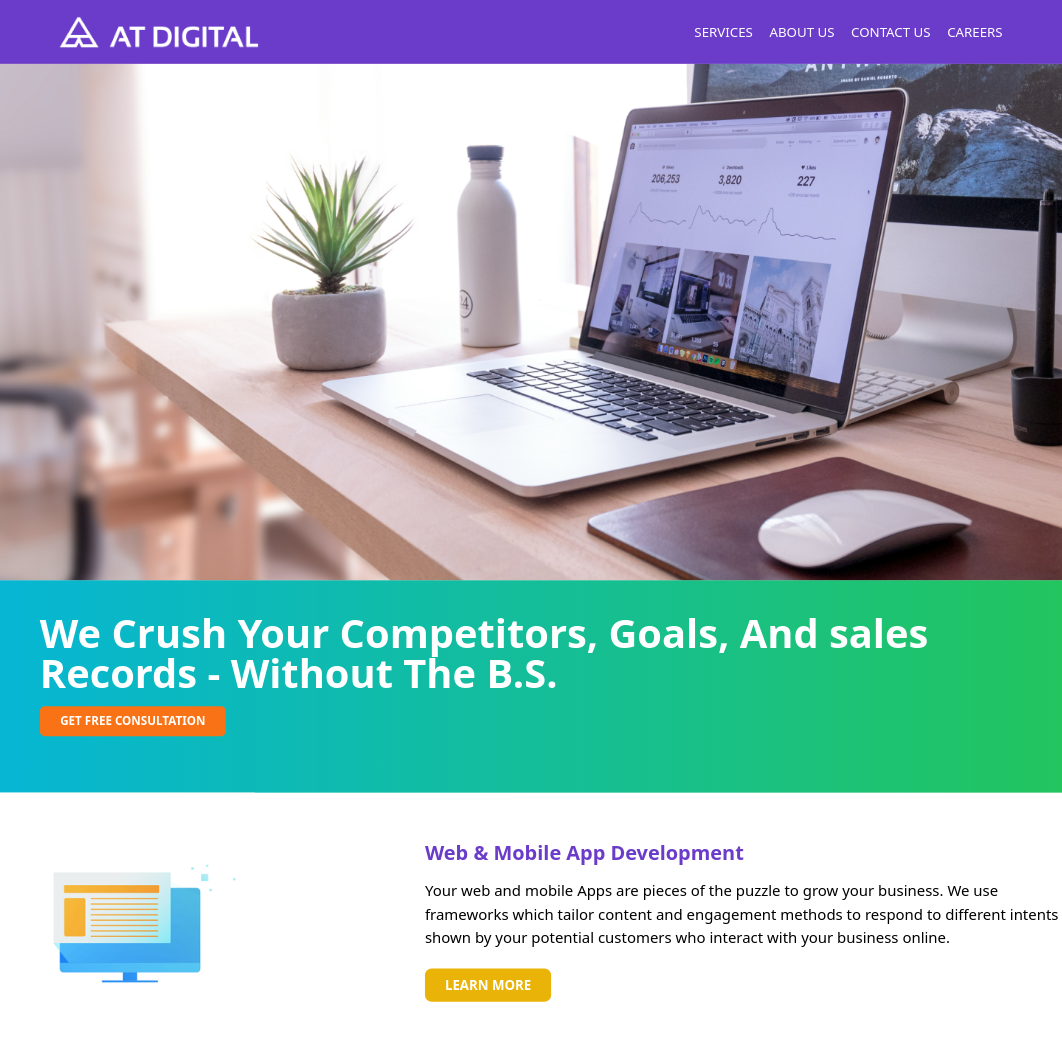
Repository: Milith97/AT-Digital-Website
Page: /
The author's editor kept a copy of each file at every save. The page is drawn from the files as they stood at one save, then again after the next save.
The browser window is 1280 px wide. The pictures show the whole page, at 83% of full size.
The project was rebuilt for these pictures with package versions that can differ from the ones it lists, and the page was loaded fresh each time. Also part of the build but not shown: vite.config.js.

Above is the page before, as saved 2024-04-06 22:20:32.

### src/App.jsx
// App.js or your main component file
import React from 'react';
import NavBar from './Components/NavBar';
import HomePage from './Components/HomePage';
import Servicers from './Components/Servicers'

function App() {
  return (
    <div className="App">
      <NavBar />
      <HomePage />
      <Servicers/>
    </div>
  );
}

export default App;

### src/Components/NavBar.jsx
import React, { useState } from 'react';
import Logo from '../assets/Img/Logo.png';

const NavBar = () => {
    const [isOpen, setIsOpen] = useState(false);

    return (
        <nav className="bg-[#6B3CC9]">
            <div className="max-w-1440px max-h-20 xl:px-16 md:px-7 sm:px-11 max-lg:mx-6">
                <div className="flex justify-between">
                    <div>
                        <a href="#" className={`flex items-center py-5 sm:px-2 ${isOpen ? 'hidden' : 'flex'}`}>
                            <img src={Logo} alt="Logo" />
                        </a>
                    </div>
                    <div className={`hidden md:flex font-medium text-white items-center space-x-1 ${isOpen ? 'flex' : 'hidden'}`}>
                        <a href="#" className="py-5 px-2 ">SERVICES</a>
                        <a href="#" className="py-5 px-2 ">ABOUT US</a>
                        <a href="#" className="py-5 px-2 ">CONTACT US</a>
                        <a href="#" className="py-5 px-2 ">CAREERS</a>
                    </div>
                    <div className="md:hidden flex items-center ">
                        <button onClick={() => setIsOpen(!isOpen)} className="text-white focus:outline-none">
                            {!isOpen ? (
                                <svg className="h-14 w-10" stroke="white" viewBox="0 0 24 24" >
                                    <path strokeLinecap="round" strokeLinejoin="round" strokeWidth="3" d="M4 6h16M4 12h16M4 18h16" />
                                </svg>
                            ) : (
                                <svg className="h-12 w-8" stroke="black" viewBox="0 0 24 24" >
                                    <path strokeLinecap="round" strokeLinejoin="round" strokeWidth="3" d="M6 18L18 6M6 6l12 12" />
                                </svg>
                            )}
                        </button>
                    </div>
                </div>
            </div>
            <div className={`${isOpen ? 'block' : 'hidden'} md:hidden`}>
                <div className="bg-white">
                    <a href="#" className="block py-2 px-4 text-sm text-black-500 ">HOME</a>
                    <a href="#" className="block py-2 px-4 text-sm text-black-500">SERVICES</a>
                    <a href="#" className="block py-2 px-4 text-sm text-black-500">ABOUT US</a>
                    <a href="#" className="block py-2 px-4 text-sm text-black-500">CONTACT US</a>
                    <a href="#" className="block py-2 px-4 text-sm text-black-500">CAREERS</a>
                </div>
            </div>
        </nav>
    );
};

export default NavBar;

### src/Components/HomePage.jsx
import React from 'react';
import backgroundImage from '../assets/Img/Home.png';

const HomePage = () => {
    return (
        <div className=''>
            <div>
                <img src={backgroundImage} alt="Home Image" />
            </div>
            <div className='h-64 max-w-full bg-gradient-to-r from-cyan-500 to-green-500 '>
                <div className='text-lg py-6 px-12 '>
                    <p className='font-bold text-5xl text-white py-4'>We Crush Your Competitors, Goals, And sales Records - Without The B.S.</p>
                    <div className=''>
                        <button className='bg-orange-500 text-white font-bold text-sm h-9 w-56 rounded-md'>GET FREE CONSULTATION</button>
                    </div>
                </div>
            </div>
        </div>
    );
};

export default HomePage;

### src/Components/Servicers.jsx
import React from 'react';
import Service1 from '../assets/Img/Service1.png';
const Servicers = () => {
    return (
        <div className="flex flex-col md:flex-row items-center justify-center">
            <div className=" lg:w-2/5 flex-shrink-0 mb-6 md:mb-0 mr-0 md:mr-0">
                <img src={Service1} alt="Service Image" className="w-3/5 h-3/5 object-cover" />
            </div>

            {/* Right Side (Content) */}
            <div className="lg:w-3/5">
                <h2 className="sm:text-3xl md:text-2xl lg:text-3xl xl:text-2xl 2xl:text:4xl  font-bold mb-4 text-[#6B3CC9]">Web & Mobile App Development</h2>
                <p className=" sm:text-xl md:text-lg lg:text-lg xl:text-lg 2xl:text-xl font-normal  mb-6 ">Your web and mobile Apps are pieces of the puzzle to grow your business. We use frameworks which tailor content and engagement methods to respond to different intents shown by your potential customers who interact with your business online.</p>
                <button className="bg-yellow-500 text-white font-bold py-2 px-6 rounded-lg hover:bg-yellow-600 transition-colors">LEARN MORE</button>
            </div>
        </div>
    );
};

export default Servicers;

Loaded but not shown: index.html (common file); src/main.jsx (common file); src/index.css (common file); tailwind.config.js (common file)

After the next save:
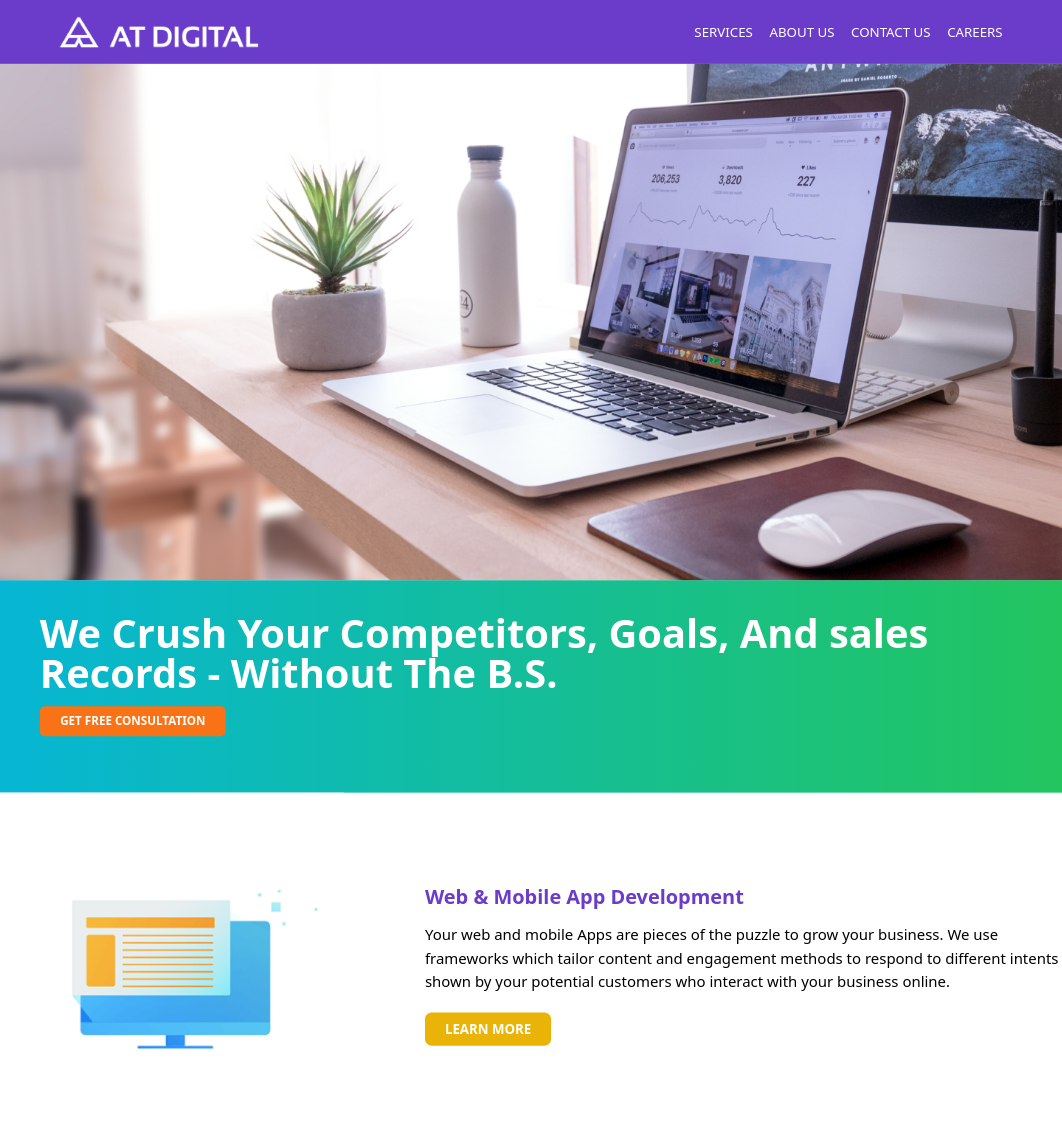
Saved 42 s later.
--- a/src/Components/Servicers.jsx
+++ b/src/Components/Servicers.jsx
@@ -4,7 +4,7 @@ const Servicers = () => {
     return (
         <div className="flex flex-col md:flex-row items-center justify-center">
             <div className=" lg:w-2/5 flex-shrink-0 mb-6 md:mb-0 mr-0 md:mr-0">
-                <img src={Service1} alt="Service Image" className="w-3/5 h-3/5 object-cover" />
+                <img src={Service1} alt="Service Image" className="xl:w-300px lg:h-300 object-cover" />
             </div>
 
             {/* Right Side (Content) */}
